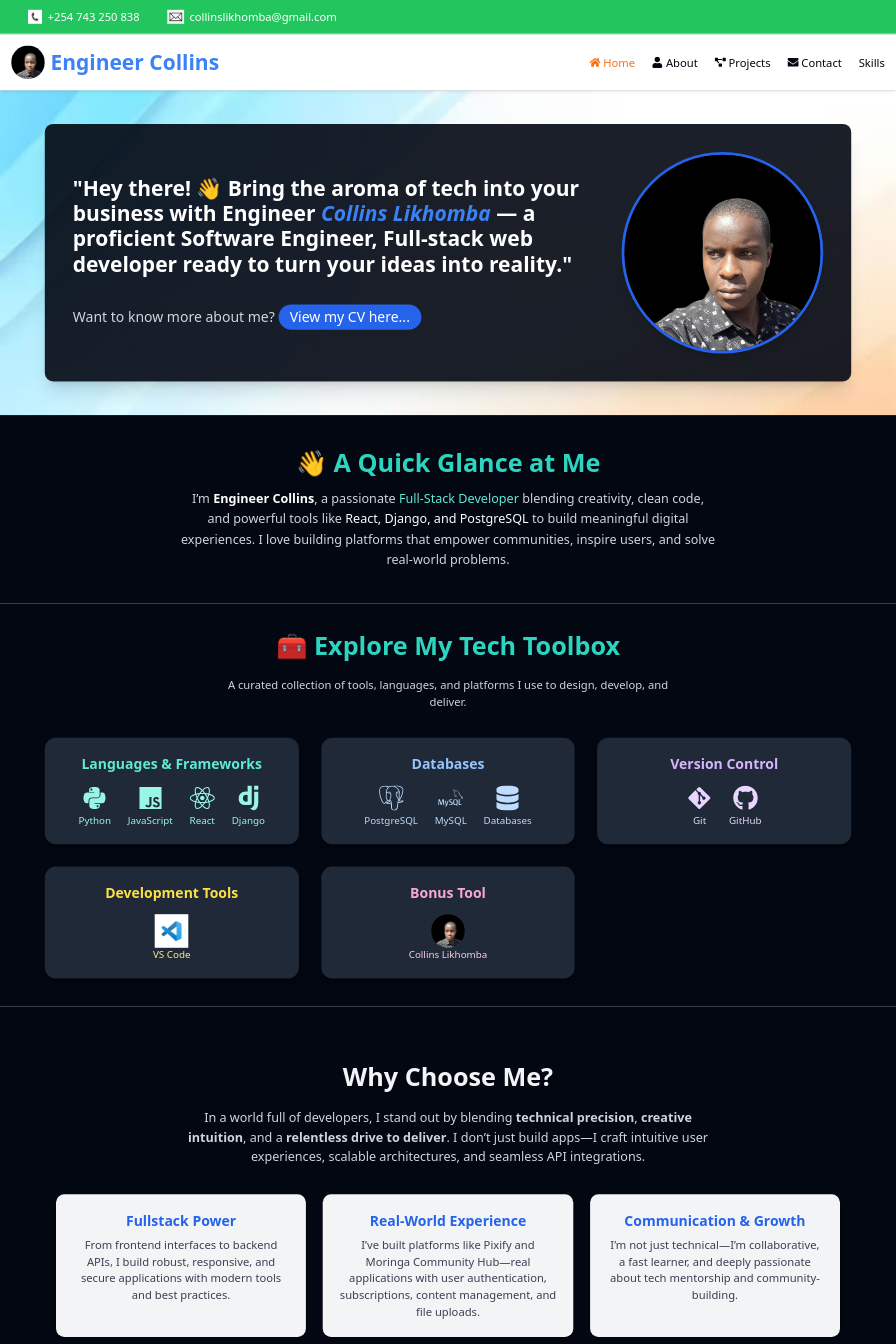
Repository: Engineer-collo/Portfolio
Page: /
These files come from the project's save history. The page is drawn as it stood at one moment and after a run of saves; the edit follows.
The browser window is 1280 px wide. The pictures show the part of the page from y = 0 to 1920 px (the page is 2586 px tall), at 70% of full size.
The project was rebuilt for these pictures with package versions that can differ from the ones it lists, and the page was loaded fresh each time. Also part of the build but not shown: vite.config.js, src/pages/About.jsx, src/pages/Projects.jsx, src/pages/Contact.jsx, src/pages/Blog.jsx, src/pages/Skills.jsx.

Above is the page before, as saved 2025-06-10 19:57:21.

### index.html
<!DOCTYPE html>
<html lang="en">
<head>
  <meta charset="UTF-8">
  <meta name="viewport" content="width=device-width, initial-scale=1.0">
  <title>Portfolio</title>
</head>
<body class="bg-gray-100">
  <div id="root"></div>
  <script type="module" src="/src/main.jsx"></script>
</body>
</html>

### src/main.jsx
import React from 'react'
import ReactDOM from 'react-dom/client'
import './index.css'
import App from './App'

ReactDOM.createRoot(document.getElementById('root')).render(
  <React.StrictMode>
    <App />
  </React.StrictMode>,
)

### src/App.jsx
import { BrowserRouter as Router, Route, Routes } from "react-router-dom";
import HomePage from "./pages/HomePage";
import About from "./pages/About";
import Project from "./pages/Projects";
import Contact from "./pages/Contact";
import Blog from "./pages/Blog";
import Skills from "./pages/Skills";

function App() {
  return (
    <Router>

      <Routes>
        <Route path="/" element={<HomePage />} />
        <Route path="/about" element={<About />} />
        <Route path="/projects" element={<Project />} />
        <Route path="/contact" element={<Contact />} />
        <Route path="/skills" element={<Skills />} />
        <Route path="/blog" element={<Blog />} />


      </Routes>
    </Router>
  );
}

export default App;

### src/pages/HomePage.jsx
import React from 'react';
import Navbar from '../components/Navbar';
import Footer from './Footer';
import TechStackToolbox from './TechStackToolbox';
import Testimonials from './Testimonials';
import AboutMeSummary from './AboutMeSummary';

const HomePage = () => {
  return (
    <div className="text-gray-800 font-sans min-h-screen flex flex-col">
      {/* Navbar */}
      <header className="bg-gray-900 text-white shadow">
        <Navbar />
      </header>

      {/* Hero Section */}
      <section
        className="pt-12 pb-12 flex-grow flex justify-center items-center px-4
                   bg-[url('/bg.png')] bg-cover bg-center bg-no-repeat"
      >
        <div className="flex flex-col md:flex-row items-center
                        text-center md:text-left gap-10
                        bg-gray-950 bg-opacity-90 p-6 md:p-10 rounded-xl shadow-xl
                        max-w-6xl w-full">
          {/* Text Side */}
          <div className="flex-1">
            <h1 className="text-white font-bold text-3xl">
              "Hey there! 👋 Bring the aroma of tech into your business with Engineer{" "}
              <span>
                <i className="text-blue-500">Collins Likhomba</i>
              </span>{" "}
              — a proficient Software Engineer, Full-stack web developer ready to turn your ideas into reality."
            </h1>
            <p className="text-xl pt-6 text-gray-300">
              Want to know more about me?&nbsp;
              <a
                href="https://my-cv-henna-beta.vercel.app/"
                className="mt-4 inline-block bg-blue-600 text-white px-4 py-1 rounded-full hover:bg-blue-700 transition"
                target="_blank"
                rel="noopener noreferrer"
              >
                View my CV here...
              </a>
            </p>
          </div>

          {/* Image Side */}
          <div className="flex-shrink-0 w-52 h-52 sm:w-72 sm:h-72 rounded-full border-4 border-blue-600 shadow-lg overflow-hidden">
            <img
              src="/picture.png"
              alt="Profile"
              className="w-full h-full object-cover"
            />
          </div>
        </div>
      </section>

      <AboutMeSummary />
      <TechStackToolbox />

      {/* Why Choose Me Section */}
      <section className="bg-gray-950 py-20 px-6 md:px-20 text-center">
        <h2 className="text-4xl font-bold text-gray-100 mb-6">Why Choose Me?</h2>
        <p className="max-w-3xl mx-auto text-gray-300 text-lg mb-10">
          In a world full of developers, I stand out by blending{" "}
          <strong>technical precision</strong>, <strong>creative intuition</strong>, and a{" "}
          <strong>relentless drive to deliver</strong>. I don’t just build apps—I craft{" "}
          intuitive user experiences, scalable architectures, and seamless API integrations.
        </p>
        <div className="grid md:grid-cols-3 gap-6 max-w-6xl mx-auto">
          <div className="bg-gray-100 p-6 rounded-xl shadow hover:shadow-lg transition">
            <h3 className="text-xl font-semibold mb-2 text-blue-600">Fullstack Power</h3>
            <p className="text-gray-700">
              From frontend interfaces to backend APIs, I build robust, responsive, and secure applications
              with modern tools and best practices.
            </p>
          </div>
          <div className="bg-gray-100 p-6 rounded-xl shadow hover:shadow-lg transition">
            <h3 className="text-xl font-semibold mb-2 text-blue-600">Real-World Experience</h3>
            <p className="text-gray-700">
              I’ve built platforms like Pixify and Moringa Community Hub—real applications with user authentication,
              subscriptions, content management, and file uploads.
            </p>
          </div>
          <div className="bg-gray-100 p-6 rounded-xl shadow hover:shadow-lg transition">
            <h3 className="text-xl font-semibold mb-2 text-blue-600">Communication & Growth</h3>
            <p className="text-gray-700">
              I’m not just technical—I’m collaborative, a fast learner, and deeply passionate about tech mentorship
              and community-building.
            </p>
          </div>
        </div>
      </section>

      <Testimonials />

      {/* Footer */}
      <footer className="bg-gray-900 text-white text-center py-6 mt-auto">
        <Footer />
      </footer>
    </div>
  );
};

export default HomePage;

### src/components/Navbar.jsx
import React, { useState, useEffect } from 'react';
import { Link } from 'react-router-dom';
import { FaBars, FaTimes, FaUser, FaProjectDiagram, FaEnvelope, FaHome } from 'react-icons/fa';

const Navbar = () => {
  const [isOpen, setIsOpen] = useState(false);
  const toggleMenu = () => setIsOpen(!isOpen);

  useEffect(() => {
    document.body.style.overflow = isOpen ? 'hidden' : 'auto';
  }, [isOpen]);

  return (
    <header className="bg-white shadow-md relative z-50">
      {/* Top Contact Info */}
      <div className="bg-green-500 text-sm md:text-base py-3 px-4 flex flex-wrap items-center gap-4 md:gap-10 border-b border-gray-200">
        <div className="flex items-center gap-2">
          <img
            className=" pl-6 h-5 transition-transform duration-300 transform hover:scale-110"
            src="/call.png"
            alt="Call Icon"
          />
          <a
            target="_blank"
            rel="noopener noreferrer"
            href="tel:+254743250838"
            className="text-white hover:underline"
          >
            +254 743 250 838
          </a>
        </div>
        <div className="flex items-center gap-2">
          <img
            className="h-5 transition-transform duration-300 transform hover:scale-110"
            src="/email.png"
            alt="Email Icon"
          />
          <a
            target="_blank"
            rel="noopener noreferrer"
            href="mailto:collinslikhomba@gmail.com"
            className="text-white hover:underline"
          >
            collinslikhomba@gmail.com
          </a>
        </div>
      </div>

      {/* Main Navigation */}
      <div className="max-w-7xl mx-auto px-4 py-4 flex justify-between items-center">
        {/* Logo and Name */}
        <div className="flex items-center space-x-2">
          <img
            className="h-12 w-12 rounded-full object-cover transition-transform duration-300 transform hover:scale-110"
            src="picture.png"
            alt="Profile"
            loading="lazy"
          />
          <h1 className="text-2xl md:text-3xl font-bold text-gray-950">
            <Link to="/" className="hover:text-blue-500 transition">
              <span className="text-blue-500">Engineer Collins</span>
            </Link>
          </h1>
        </div>

        {/* Desktop nav */}
        <nav className="space-x-6 hidden md:flex text-gray-950 font-medium">
          <Link to="/" className="flex items-center gap-1 hover:text-blue-500 transition text-orange-500"><FaHome /> Home</Link>
          <Link to="/about" className="flex items-center gap-1 hover:text-blue-500 transition"><FaUser /> About</Link>
          <Link to="/projects" className="flex items-center gap-1 hover:text-blue-500 transition"><FaProjectDiagram /> Projects</Link>
          <Link to="/contact" className="flex items-center gap-1 hover:text-blue-500 transition"><FaEnvelope /> Contact</Link>
          <Link to="/skills" className="flex items-center gap-1 hover:text-blue-500 transition">Skills</Link>
        </nav>

        {/* Mobile menu toggle */}
        <div className="md:hidden">
          <button onClick={toggleMenu} aria-label="Toggle menu" className="text-gray-950 focus:outline-none">
            {isOpen ? <FaTimes className="h-6 w-6" /> : <FaBars className="h-6 w-6" />}
          </button>
        </div>
      </div>

      {/* Mobile nav links */}
      {isOpen && (
        <div className="fixed top-0 left-0 h-screen w-3/4 bg-gray-950 z-50 shadow-lg px-6 py-8 md:hidden transition-all">
          <button onClick={toggleMenu} aria-label="Close menu" className="absolute top-4 right-4 text-white">
            <FaTimes className="h-6 w-6" />
          </button>
          <nav className="space-y-6 mt-10 text-white text-lg">
            <Link to="/" onClick={toggleMenu} className="flex items-center gap-2 hover:text-blue-500"><FaHome /> Home</Link>
            <Link to="/about" onClick={toggleMenu} className="flex items-center gap-2 hover:text-blue-500"><FaUser /> About</Link>
            <Link to="/projects" onClick={toggleMenu} className="flex items-center gap-2 hover:text-blue-500"><FaProjectDiagram /> Projects</Link>
            <Link to="/contact" onClick={toggleMenu} className="flex items-center gap-2 hover:text-blue-500"><FaEnvelope /> Contact</Link>
            <Link to="/skills" onClick={toggleMenu} className="flex items-center gap-2 hover:text-blue-500">Skills</Link>
          </nav>
        </div>
      )}
    </header>
  );
};

export default Navbar;

### src/pages/Footer.jsx
import React from 'react';
import { FaGithub, FaLinkedin, FaTwitter, FaEnvelope } from 'react-icons/fa';

const Footer = () => {
  return (
    <footer className="bg-gray-900 text-gray-300 py-10">
      <div className="max-w-6xl mx-auto px-6 flex flex-col md:flex-row justify-between items-center space-y-6 md:space-y-0">

        {/* Logo or Name */}
        <div className="text-white text-2xl font-bold tracking-wide">
          CollinsLikhomba
        </div>


        {/* Social Icons */}
        <div className="flex space-x-6 text-gray-400">
          <a
            href="https://github.com/Engineer-collo?tab=repositories"
            target="_blank"
            rel="noopener noreferrer"
            aria-label="GitHub"
            className="hover:text-white transition"
          >
            <FaGithub size={24} />
          </a>
          <a
            href="https://www.linkedin.com/in/collins-likhomba-7b364730a/"
            target="_blank"
            rel="noopener noreferrer"
            aria-label="LinkedIn"
            className="hover:text-blue-600 transition"
          >
            <FaLinkedin size={24} />
          </a>
          <a
            href="https://x.com/CollinsLikhomba"
            target="_blank"
            rel="noopener noreferrer"
            aria-label="Twitter"
            className="hover:text-blue-400 transition"
          >
            <FaTwitter size={24} />
          </a>
          <a
            href="mailto:collinslikhomba@gmail.com"
            aria-label="Email"
            className="hover:text-red-500 transition"
            target='_blank'
          >
            <FaEnvelope size={24} />
          </a>
        </div>
      </div>

      {/* Bottom copyright */}
      <div className="text-center text-gray-600 text-sm mt-8">
        &copy; {new Date().getFullYear()} Collins Likhomba. All rights reserved.
      </div>
    </footer>
  );
};

export default Footer;

### src/pages/TechStackToolbox.jsx
import {
    FaPython,
    FaJs,
    FaReact,
    FaGitAlt,
    FaGithub,
    FaDatabase,
  } from "react-icons/fa";
  import {
    SiDjango,
    SiPostgresql,
    SiMysql,

  } from "react-icons/si";

  export default function TechStackToolbox() {
    return (
      <div className="bg-gray-950 text-white py-10 px-6 md:px-16">
        <h2 className="text-3xl md:text-4xl font-bold mb-6 text-center text-teal-400">
          🧰 Explore My Tech Toolbox
        </h2>
        <p className="text-center mb-10 text-gray-300 max-w-2xl mx-auto">
          A curated collection of tools, languages, and platforms I use to design,
          develop, and deliver.
        </p>

        <div className="grid grid-cols-1 md:grid-cols-2 lg:grid-cols-3 gap-8 text-center">

          {/* Languages & Frameworks */}
          <div className="bg-gray-800 rounded-2xl p-6 shadow-lg hover:shadow-teal-500/30 transition">
            <h3 className="text-xl font-semibold mb-4 text-teal-300">
              Languages & Frameworks
            </h3>
            <div className="flex justify-center gap-6 text-teal-200">
              <div className="flex flex-col items-center text-sm">
                <FaPython className="text-4xl mb-1" />
                <span>Python</span>
              </div>
              <div className="flex flex-col items-center text-sm">
                <FaJs className="text-4xl mb-1" />
                <span>JavaScript</span>
              </div>
              <div className="flex flex-col items-center text-sm">
                <FaReact className="text-4xl mb-1" />
                <span>React</span>
              </div>
              <div className="flex flex-col items-center text-sm">
                <SiDjango className="text-4xl mb-1" />
                <span>Django</span>
              </div>
            </div>
          </div>

          {/* Databases */}
          <div className="bg-gray-800 rounded-2xl p-6 shadow-lg hover:shadow-blue-500/30 transition">
            <h3 className="text-xl font-semibold mb-4 text-blue-300">Databases</h3>
            <div className="flex justify-center gap-6 text-blue-200">
              <div className="flex flex-col items-center text-sm">
                <SiPostgresql className="text-4xl mb-1" />
                <span>PostgreSQL</span>
              </div>
              <div className="flex flex-col items-center text-sm">
                <SiMysql className="text-4xl mb-1" />
                <span>MySQL</span>
              </div>
              <div className="flex flex-col items-center text-sm">
                <FaDatabase className="text-4xl mb-1" />
                <span>Databases</span>
              </div>
            </div>
          </div>

          {/* Version Control */}
          <div className="bg-gray-800 rounded-2xl p-6 shadow-lg hover:shadow-purple-500/30 transition">
            <h3 className="text-xl font-semibold mb-4 text-purple-300">
              Version Control
            </h3>
            <div className="flex justify-center gap-6 text-purple-200">
              <div className="flex flex-col items-center text-sm">
                <FaGitAlt className="text-4xl mb-1" />
                <span>Git</span>
              </div>
              <div className="flex flex-col items-center text-sm">
                <FaGithub className="text-4xl mb-1" />
                <span>GitHub</span>
              </div>
            </div>
          </div>

          {/* Development Tools */}
          <div className="bg-gray-800 rounded-2xl p-6 shadow-lg hover:shadow-yellow-500/30 transition">
            <h3 className="text-xl font-semibold mb-4 text-yellow-300">
              Development Tools
            </h3>
            <div className="flex justify-center gap-6 text-yellow-200">
              <div className="flex flex-col items-center text-sm">
                <img className="h-12" src="/vscode.png" alt="Vscode icon" />
                <span>VS Code</span>
              </div>
            </div>
          </div>

          {/* Bonus Tool */}
          <div className="bg-gray-800 rounded-2xl p-6 shadow-lg hover:shadow-pink-500/30 transition">
            <h3 className="text-xl font-semibold mb-4 text-pink-300">Bonus Tool</h3>
            <div className="flex justify-center gap-6 text-pink-200">
              <div className="flex flex-col items-center text-sm">
                <img
                  className="h-12 w-12 rounded-full object-cover"
                  src="picture.png"
                  alt="Profile"
                />
                <span>Collins Likhomba</span>
              </div>
            </div>
          </div>

        </div>
      </div>
    );
  }

### src/pages/Testimonials.jsx
export default function Testimonials() {
    const testimonials = [
      {
        name: "Christine M.",
        content: "Working with Collins was a game-changer! His expertise in React and backend integration is unmatched.",
        profile_pic: "https://randomuser.me/api/portraits/women/68.jpg",
      },
      {
        name: "Lesile K.",
        content: "Collins is a team player and a tech visionary. He delivered our project ahead of schedule with superb quality.",
        profile_pic: "https://randomuser.me/api/portraits/men/45.jpg",
      },
      {
        name: "Joy A.",
        content: "He doesn't just write code—he solves real problems. A true full-stack craftsman!",
        profile_pic: "https://randomuser.me/api/portraits/women/22.jpg",
      },
    ];

    return (
      <div className="bg-gray-950 text-white py-14 px-6 md:px-20">
        <h2 className="text-3xl md:text-4xl font-bold mb-10 text-center text-teal-400">
          💬 What People Are Saying
        </h2>

        <div className="grid grid-cols-1 md:grid-cols-2 lg:grid-cols-3 gap-8">
          {testimonials.map((testimonial, index) => (
            <div
              key={index}
              className="bg-gray-800 p-6 rounded-2xl shadow-lg hover:shadow-teal-500/30 transition transform hover:-translate-y-1 duration-300"
            >
              <div className="flex items-center gap-4 mb-4">
                <img
                  src={testimonial.profile_pic}
                  alt={testimonial.name}
                  className="w-14 h-14 rounded-full border-2 border-teal-400 object-cover"
                />
                <div>
                  <h4 className="text-lg font-semibold text-teal-300">{testimonial.name}</h4>
                </div>
              </div>
              <p className="text-gray-300 italic">"{testimonial.content}"</p>
            </div>
          ))}
        </div>
      </div>
    );
  }

### src/pages/AboutMeSummary.jsx
import React from 'react';

export default function AboutMeSummary() {
  return (
    <section className="bg-gray-950 text-white py-12 px-6 md:px-20 text-center">
      <div className="max-w-3xl mx-auto">
        <h2 className="text-3xl md:text-4xl font-bold text-teal-400 mb-4">
          👋 A Quick Glance at Me
        </h2>
        <p className="text-gray-300 text-lg leading-relaxed">
          I’m <span className="text-white font-semibold">Engineer Collins</span>, a passionate
          <span className="text-teal-300 font-medium"> Full-Stack Developer</span> blending creativity,
          clean code, and powerful tools like
          <span className="text-white font-medium"> React, Django, and PostgreSQL</span> to build
          meaningful digital experiences. I love building platforms that empower communities, inspire users,
          and solve real-world problems.
        </p>
      </div>
    </section>
  );
}

Loaded but not shown: src/index.css (common file); tailwind.config.js (common file)

After the next 4 saves:
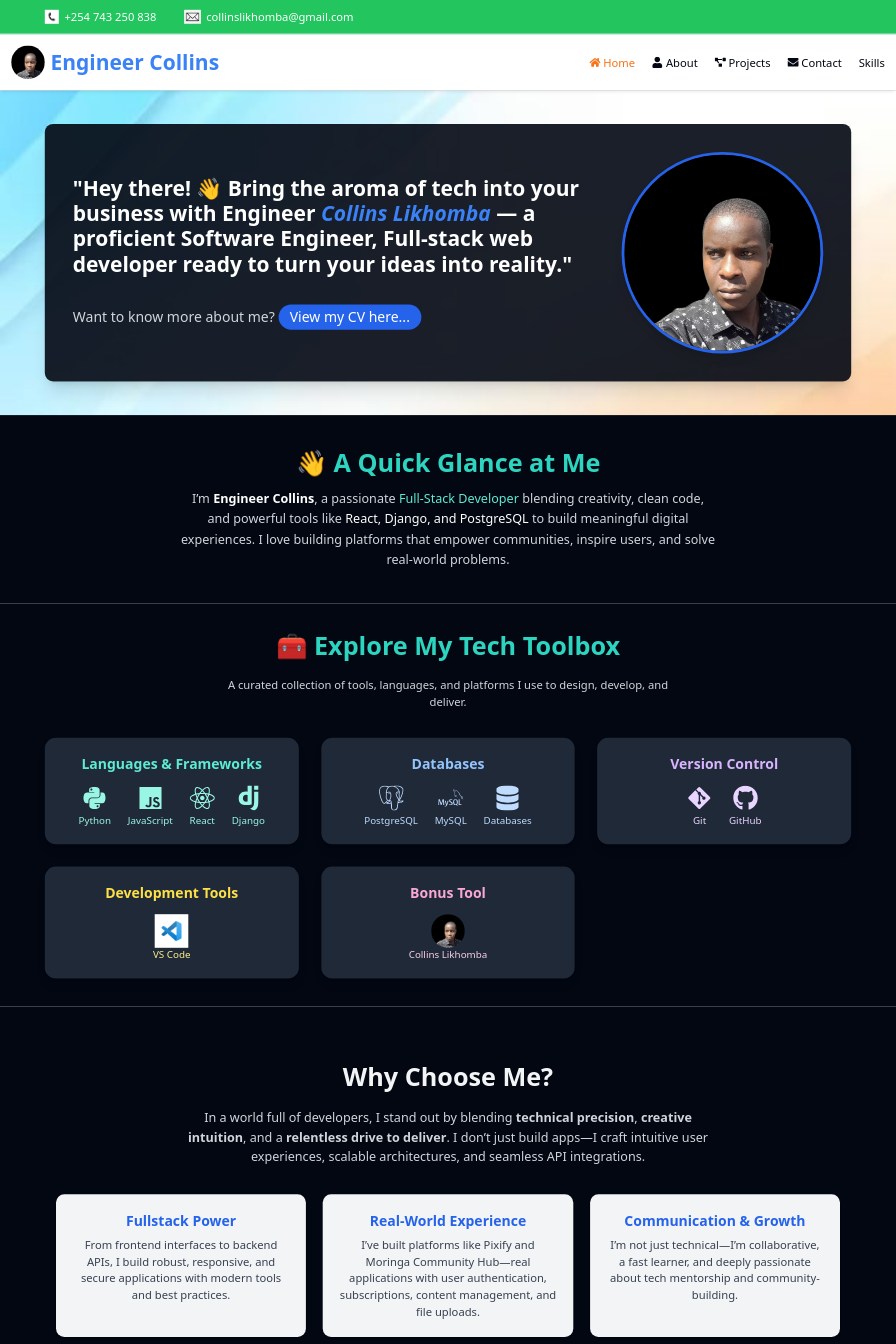
The 4 saves are shown as one change because they came seconds apart.
The last was saved 11 s later.
--- a/src/components/Navbar.jsx
+++ b/src/components/Navbar.jsx
@@ -16,7 +16,7 @@ const Navbar = () => {
       <div className="bg-green-500 text-sm md:text-base py-3 px-4 flex flex-wrap items-center gap-4 md:gap-10 border-b border-gray-200">
         <div className="flex items-center gap-2">
           <img
-            className=" pl-6 h-5 transition-transform duration-300 transform hover:scale-110"
+            className=" pl-12 h-5 transition-transform duration-300 transform hover:scale-110"
             src="/call.png"
             alt="Call Icon"
           />
